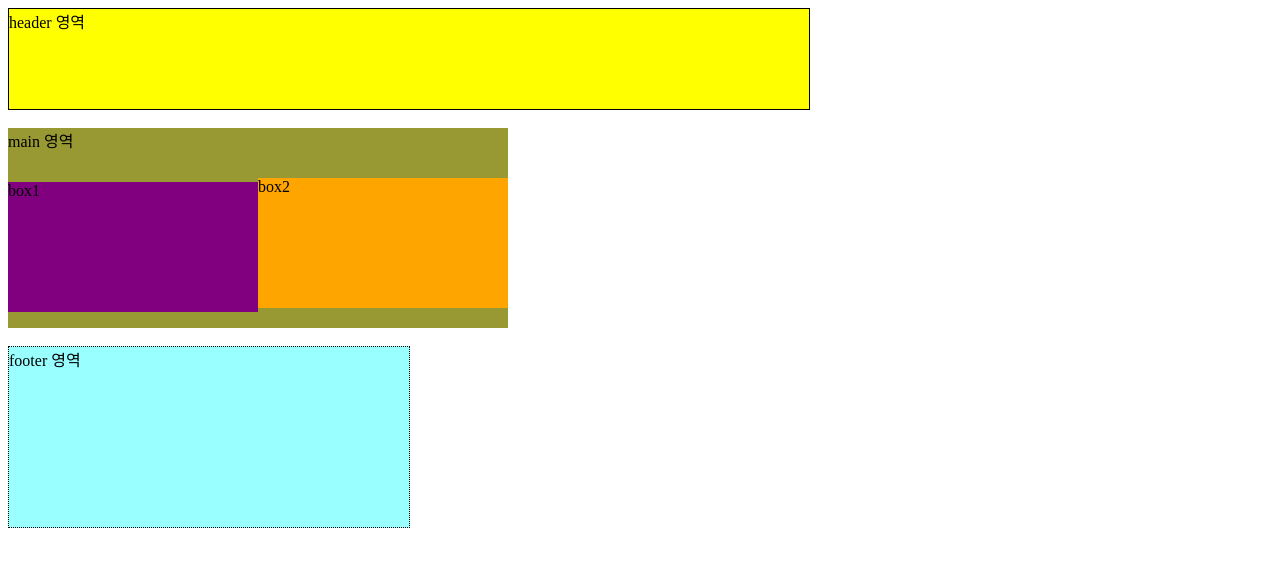
Repository: Seokho96/CSSPractice
Page: css/work01/WebContent/index02.html
The author's editor kept a copy of each file at every save. The page is drawn from the files as they stood at one save, then again after the next save.
The browser window is 1280 px wide. The pictures show the whole page.

Above is the page before, as saved 2020-07-13 06:42:53.

After the next save:
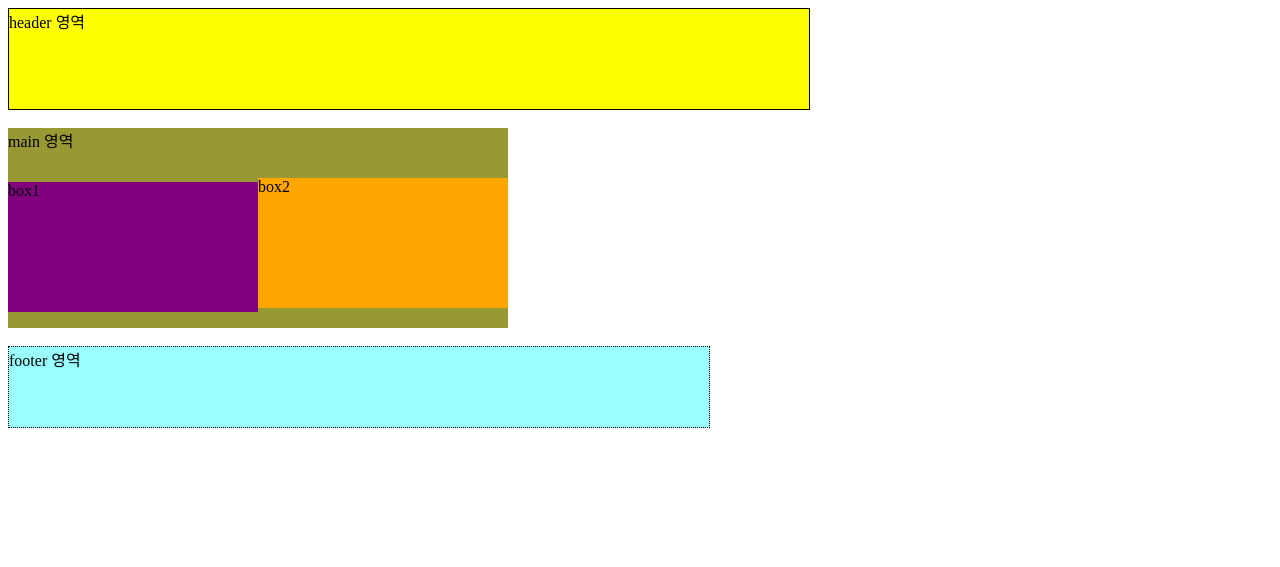
Saved 24 s later.
--- a/css/work01/WebContent/index02.html
+++ b/css/work01/WebContent/index02.html
@@ -32,8 +32,8 @@
 
 }
 #footer{
-   width: 400px;
-   height: 180px;
+   width: 700px;
+   height: 80px;
    background-color: #99FFFF;
    border : 1px dotted black;
 
